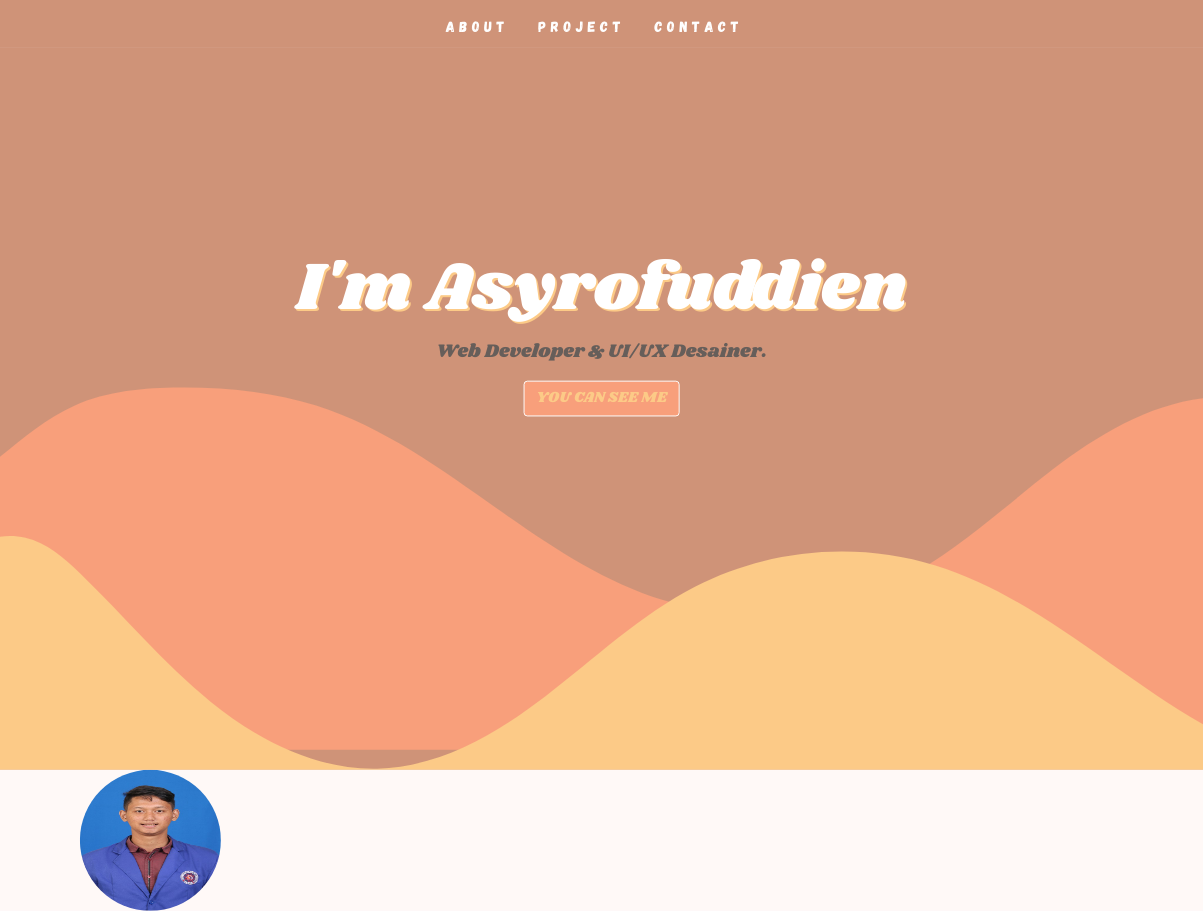
Repository: zetta-muhammad-asyrofuddien/Html-Css-ZettaCAmp
Page: Day1/Portofolio/index.html
An editor plug-in stored every save of this project. The page is shown before and after the next save, followed by the edit.
The browser window is 1280 px wide. The pictures show the whole page, at 94% of full size.

Above is the page before, as saved 2023-07-05 19:34:39.

### Day1/Portofolio/index.html
<!DOCTYPE html>
<html lang="en">
  <head>
    <meta charset="utf-8" />
    <meta name="viewport" content="width=device-width, initial-scale=1" />
    <title>Portofolio Asyrof</title>
    <link href="https://cdn.jsdelivr.net/npm/bootstrap@5.2.3/dist/css/bootstrap.min.css" rel="stylesheet" integrity="sha384-rbsA2VBKQhggwzxH7pPCaAqO46MgnOM80zW1RWuH61DGLwZJEdK2Kadq2F9CUG65" crossorigin="anonymous" />
    <link rel="stylesheet" href="https://cdn.jsdelivr.net/npm/bootstrap@4.6.2/dist/css/bootstrap.min.css" integrity="sha384-xOolHFLEh07PJGoPkLv1IbcEPTNtaed2xpHsD9ESMhqIYd0nLMwNLD69Npy4HI+N" crossorigin="anonymous" />
    <link rel="stylesheet" type="text/css" href="./syle.css" />
  </head>
  <body>
    <!-- NAVBAR -->
    <section class="N">
      <div class="container">
        <nav class="navbar navbar-expand-lg">
          <div class="container-fluid">
            <button class="navbar-toggler" type="button" data-bs-toggle="collapse" data-bs-target="#navbarNav" aria-controls="navbarNav" aria-expanded="false" aria-label="Toggle navigation">
              <span class="navbar-toggler-icon"></span>
            </button>
            <div class="collapse navbar-collapse" id="navbarNav">
              <ul class="navbar-nav mx-auto">
                <li class="nav-item">
                  <a class="nav-link" aria-current="page" href="#">A b o u t</a>
                </li>
                <li class="nav-item">
                  <a class="nav-link" href="#">P r o j e c t</a>
                </li>
                <li class="nav-item">
                  <a class="nav-link" href="#">C o n t a c t</a>
                </li>
              </ul>
            </div>
          </div>
        </nav>
      </div>
    </section>
    <!-- Akhir Navbar -->

    <!-- Jumbotron -->
    <div class="jumbotron jumbotron-fluid text-align-center">
      <div class="container">
        <h1 class="display-3 nama">I'm Asyrofuddien</h1>
        <p class="lead job">Web Developer & UI/UX Desainer.</p>
        <a class="btn btn-primary see" href="">YOU CAN SEE ME</a>
      </div>
    </div>
    <!-- Akhir Jumbotron -->

    <!-- About -->
    <section class="about">
      <div class="container">
        <img src="./asset/img/foto.jpeg" alt="" class="foto" width="150" height="150" />
      </div>
    </section>
    <!-- Akhir About -->
    <script src="https://cdn.jsdelivr.net/npm/@popperjs/core@2.11.6/dist/umd/popper.min.js" integrity="sha384-oBqDVmMz9ATKxIep9tiCxS/Z9fNfEXiDAYTujMAeBAsjFuCZSmKbSSUnQlmh/jp3" crossorigin="anonymous"></script>
    <script src="https://cdn.jsdelivr.net/npm/bootstrap@5.2.3/dist/js/bootstrap.min.js" integrity="sha384-cuYeSxntonz0PPNlHhBs68uyIAVpIIOZZ5JqeqvYYIcEL727kskC66kF92t6Xl2V" crossorigin="anonymous"></script>
  </body>
</html>

### Day1/Portofolio/syle.css
@font-face {
  font-family: Gagalin;
  src: url(./asset/font/Gagalin-Regular.otf);
}
@font-face {
  font-family: Shrikhand;
  src: url(./asset/font/Shrikhand-Regular.ttf);
}
@font-face {
  font-family: dmSans;
  src: url(./asset/font/DMSans-Regular.ttf);
}
/* UMUM */
.N {
  background-color: #cf9378;
  margin-bottom: 0;
}
.navbar-brand {
  font-family: Gagalin;
}
.navbar {
  border: none;
}
.nav-link {
  font-family: Gagalin;
  color: white;
  margin-right: 20px;
}

.jumbotron {
  background-image: url(./asset/img/wave.svg);
  background-size: cover;
  height: 768px;
  margin-top: -5px;
  margin-bottom: 0;
  border: none;
  text-align: center;
}

.nama {
  font-family: Shrikhand;
  color: white;
  text-align: center;
  margin-top: 150px;
  text-shadow: 2px 2px #fcca87;
}

.job {
  font-family: Shrikhand;
  color: #665e5a;
  text-align: center;
}
.see {
  background-color: #f89f7b;
  border-color: white;
  color: #fcca87;
  font-family: Shrikhand;
}
.see:hover {
  background-color: #665e5a;
  border-color: #fcca87;
}
h2.about {
  font-family: Gagalin;
}
section.about {
  background-color: #fff9f7;
  margin-top: ;
}
/* DESKTOP VERSION */
@media (min-width: 992px) {
  /* Navbar */
  .nav-link:hover::after {
    content: '';
    display: block;
    border-bottom: 3px solid #fcca87;
    width: 50%;
    margin: auto;
  }
  .foto {
    border-radius: 50%;
  }
}

### Day1/Portofolio/asset/img/wave.svg
<svg xmlns="http://www.w3.org/2000/svg" xmlns:xlink="http://www.w3.org/1999/xlink" width="1700" zoomAndPan="magnify" viewBox="0 0 1350 576" height="768" preserveAspectRatio="xMidYMid meet" version="1.0"><defs><clipPath id="88280995c8"><path d="M 0 269.25 L 1350 269.25 L 1350 576 L 0 576 Z M 0 269.25 " clip-rule="nonzero"/></clipPath></defs><rect x="-135" width="1620" fill="#ffffff" y="-57.6" height="691.2" fill-opacity="1"/><rect x="-135" width="1620" fill="#ffffff" y="-57.6" height="691.2" fill-opacity="1"/><rect x="-135" width="1620" fill="#cf9378" y="-57.6" height="691.2" fill-opacity="1"/><g clip-path="url(#88280995c8)"><path fill="#f89f7b" d="M 1413.945312 766.777344 L 1413.945312 429.453125 C 1392.21875 457.429688 1362.003906 480.527344 1328.867188 472.859375 C 1310.898438 468.695312 1296.257812 455.992188 1282.980469 443.210938 C 1245.734375 407.332031 1212.539062 367.136719 1172.433594 334.488281 C 1132.328125 301.84375 1083.167969 276.609375 1031.457031 277.875 C 979.046875 279.15625 931.078125 307.195312 889.472656 339.082031 C 847.867188 370.96875 809.414062 407.820312 762.789062 431.769531 C 700.933594 463.539062 626.5625 470.058594 560.113281 449.53125 C 452.628906 416.339844 374.265625 319.257812 267.050781 285.226562 C 230.175781 273.535156 191.179688 269.78125 152.492188 269.9375 C 121.945312 270.050781 90.679688 272.757812 62.820312 285.265625 C 29.9375 300.035156 4.472656 327.175781 -25.199219 347.640625 C -36.84375 355.675781 -50.003906 362.664062 -63.632812 367.253906 L -63.632812 766.796875 L 1413.945312 766.796875 Z M 1413.945312 766.777344 " fill-opacity="1" fill-rule="nonzero"/></g><path fill="#fcca87" d="M 1287.496094 584.535156 C 1259.617188 597.046875 1228.367188 599.75 1197.820312 599.867188 C 1159.136719 600.023438 1120.140625 596.289062 1083.265625 584.574219 C 976.050781 550.546875 897.6875 453.460938 790.199219 420.269531 C 723.753906 399.746094 649.378906 406.28125 587.527344 438.035156 C 540.898438 461.984375 502.449219 498.832031 460.84375 530.722656 C 419.238281 562.609375 371.265625 590.644531 318.855469 591.929688 C 267.144531 593.195312 217.988281 567.980469 177.882812 535.3125 C 137.773438 502.667969 104.582031 462.46875 67.335938 426.59375 C 54.058594 413.792969 39.417969 401.085938 21.449219 396.945312 C -11.6875 389.277344 -41.902344 412.371094 -63.632812 440.347656 L -63.632812 766.777344 L 1413.925781 766.777344 L 1413.925781 502.570312 C 1400.296875 507.160156 1387.136719 514.144531 1375.496094 522.179688 C 1345.84375 542.648438 1320.378906 569.769531 1287.496094 584.535156 Z M 1287.496094 584.535156 " fill-opacity="1" fill-rule="nonzero"/></svg>

After the next save:
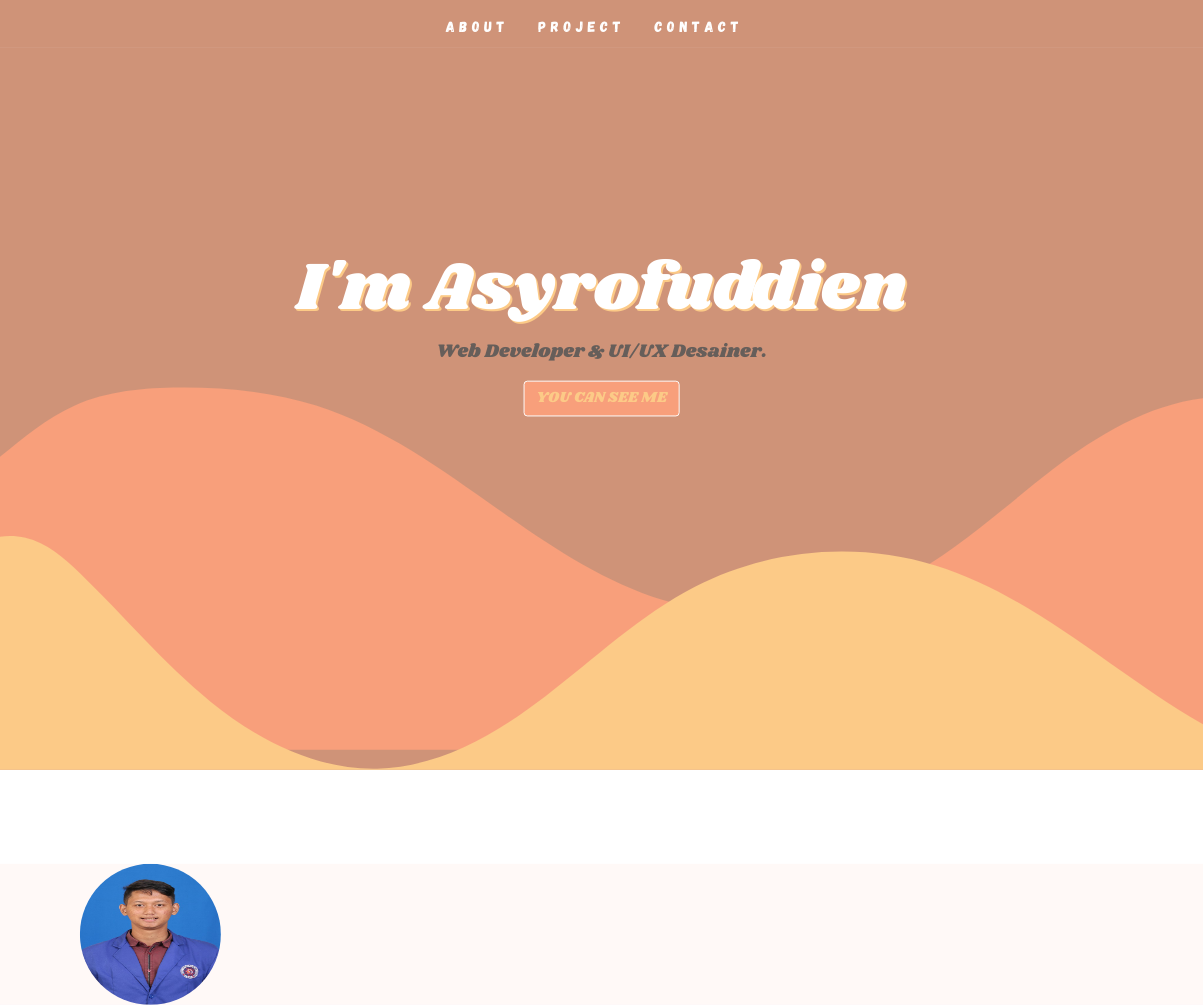
Saved 5 s later.
--- a/Day1/Portofolio/syle.css
+++ b/Day1/Portofolio/syle.css
@@ -65,7 +65,7 @@
 }
 section.about {
   background-color: #fff9f7;
-  margin-top: ;
+  margin-top: 100px;
 }
 /* DESKTOP VERSION */
 @media (min-width: 992px) {

After the save that followed:
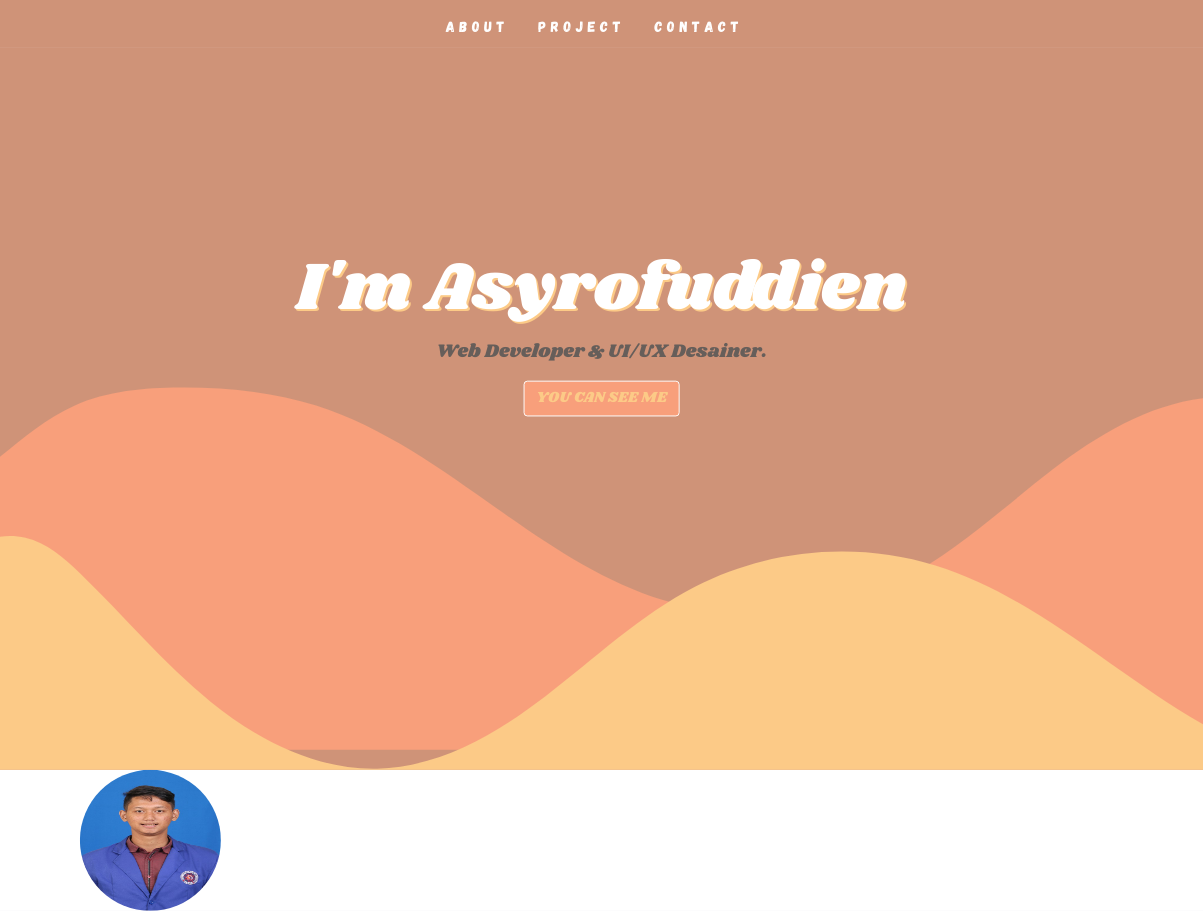
Saved 25 s later.
--- a/Day1/Portofolio/index.html
+++ b/Day1/Portofolio/index.html
@@ -47,7 +47,7 @@
     <!-- Akhir Jumbotron -->
 
     <!-- About -->
-    <section class="about">
+    <section class="who">
       <div class="container">
         <img src="./asset/img/foto.jpeg" alt="" class="foto" width="150" height="150" />
       </div>
